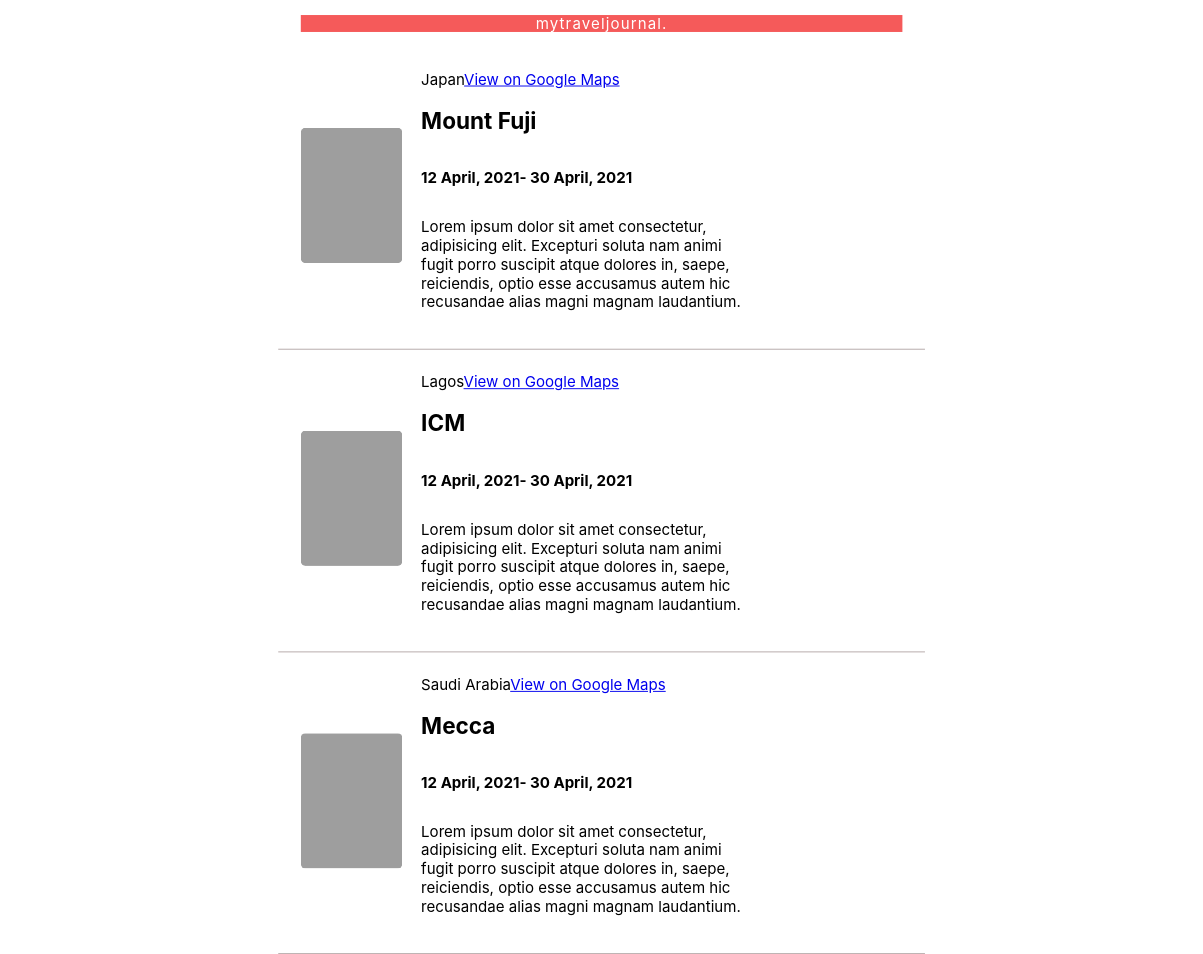
Repository: BuduCE/travel-journal
Page: /
These files come from the project's save history. The page is drawn as it stood at one moment and after a run of saves; the edit follows.
The browser window is 1280 px wide. The pictures show the whole page, at 94% of full size.
Pictures or frames that could not be fetched are drawn as grey boxes. The project was rebuilt for these pictures with package versions that can differ from the ones it lists, and the page was loaded fresh each time.

Above is the page before, as saved 2022-08-25 13:26:30.

After the next 2 saves:
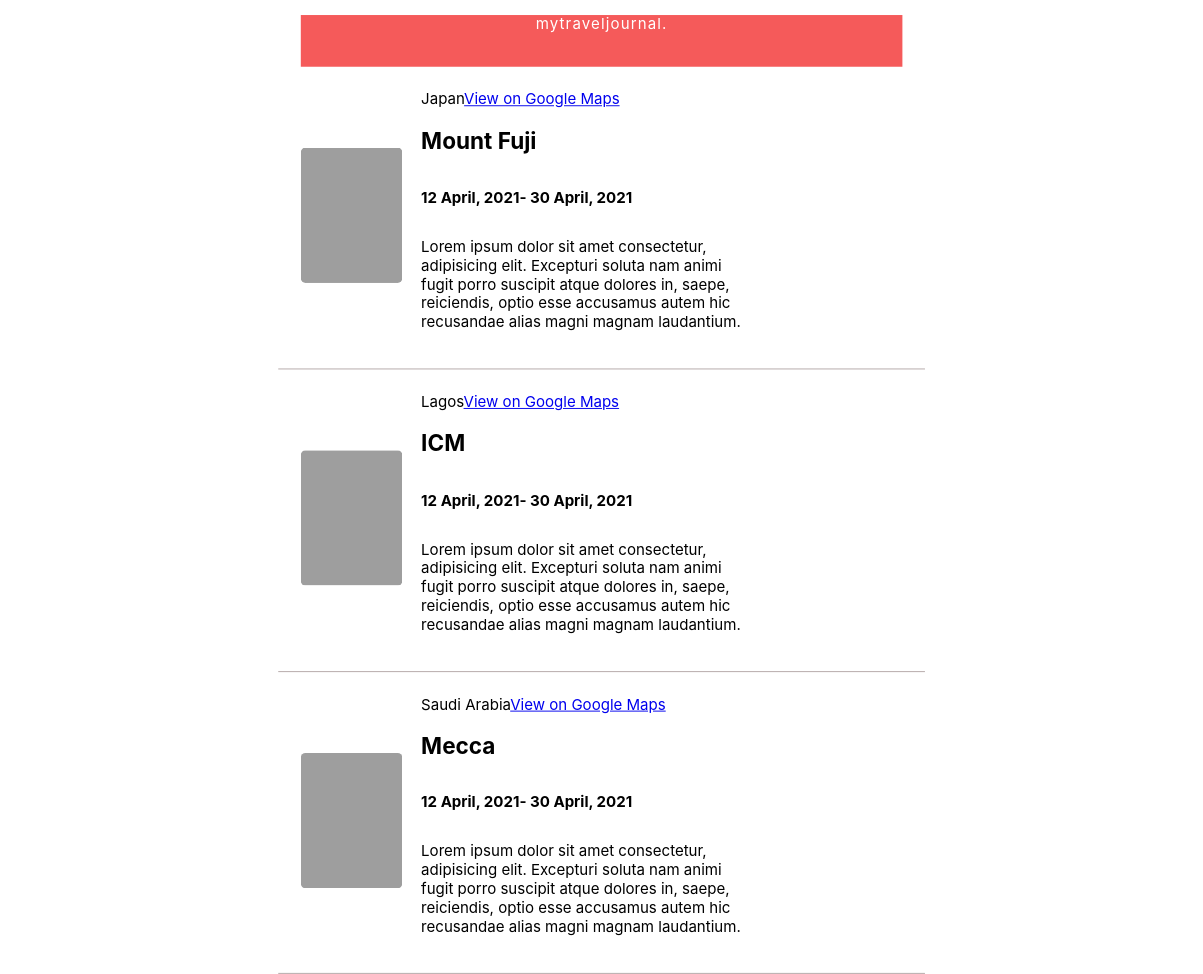
The 2 saves are shown as one change because they came seconds apart.
The last was saved 45 s later.
--- a/src/components/Home/styles.css
+++ b/src/components/Home/styles.css
@@ -4,6 +4,7 @@
 }
 .header{
     background: #F55A5A;
+    height: 55px;
     text-align: center;
     font-size: 1rem;
     line-height: 18px;
